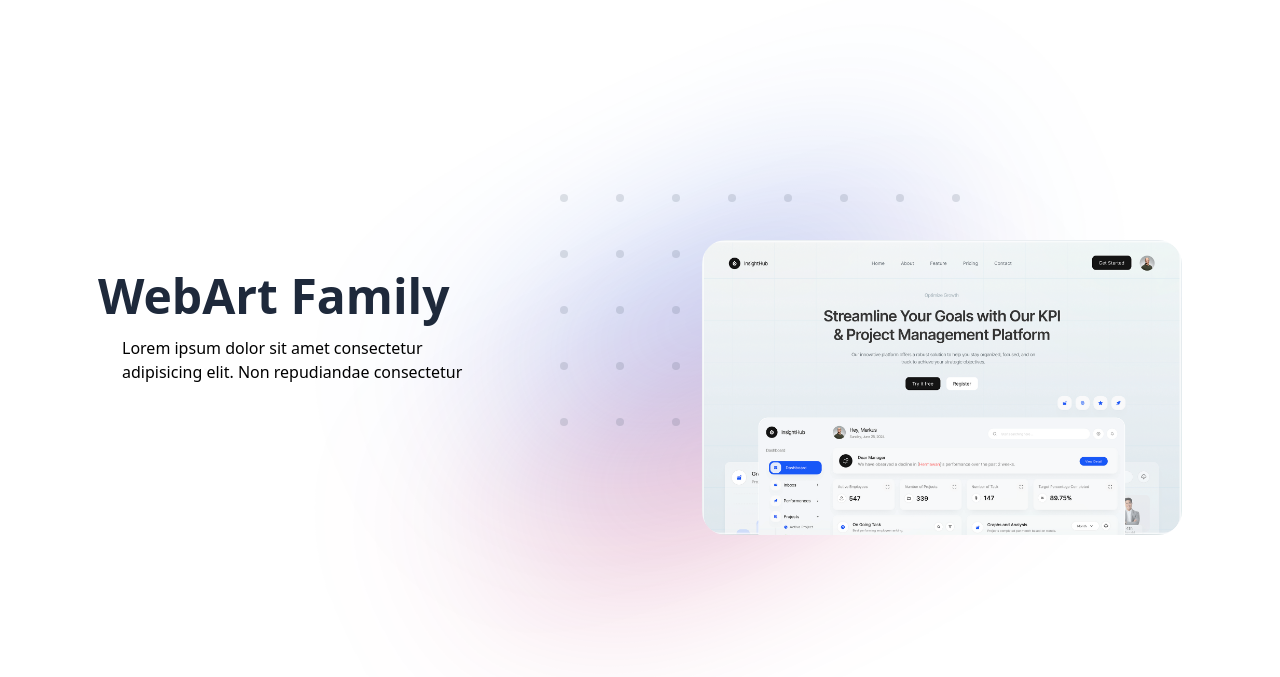
Repository: 30namp/youtube-web-art-code
Page: stunning landing page 1/index.html
An editor plug-in stored every save of this project. The page is shown before and after the next save, followed by the edit.
The browser window is 1280 px wide. The pictures show the whole page.

Above is the page before, as saved 2024-09-26 21:00:50.

### stunning landing page 1/index.html
<!DOCTYPE html>
<html lang="en">
  <head>
    <meta charset="UTF-8" />
    <meta name="viewport" content="width=device-width, initial-scale=1.0" />
    <title>WebArt Design</title>
    <script src="./tailwindcss.min.js"></script>
  </head>
  <body class="min-h-screen">
    <div
      class="absolute right-[25%] top-[60%] h-12 w-[30rem] rounded-[100%] rotate-[-25deg] bg-pink-700 blur-[6rem]"
    ></div>
    <div
      class="absolute right-[25%] top-[40%] h-12 w-[30rem] rounded-[100%] rotate-[-25deg] bg-blue-700 blur-[6rem]"
    ></div>
    <div
      class="grid grid-cols-8 gap-12 absolute right-[25%] top-[27%] animate-pulse"
    >
      <div class="rounded-full bg-slate-700/30 size-2 shadow-lg"></div>
      <div class="rounded-full bg-slate-700/30 size-2 shadow-lg"></div>
      <div class="rounded-full bg-slate-700/30 size-2 shadow-lg"></div>
      <div class="rounded-full bg-slate-700/30 size-2 shadow-lg"></div>
      <div class="rounded-full bg-slate-700/30 size-2 shadow-lg"></div>
      <div class="rounded-full bg-slate-700/30 size-2 shadow-lg"></div>
      <div class="rounded-full bg-slate-700/30 size-2 shadow-lg"></div>
      <div class="rounded-full bg-slate-700/30 size-2 shadow-lg"></div>
      <div class="rounded-full bg-slate-700/30 size-2 shadow-lg"></div>
      <div class="rounded-full bg-slate-700/30 size-2 shadow-lg"></div>
      <div class="rounded-full bg-slate-700/30 size-2 shadow-lg"></div>
      <div class="rounded-full bg-slate-700/30 size-2 shadow-lg"></div>
      <div class="rounded-full bg-slate-700/30 size-2 shadow-lg"></div>
      <div class="rounded-full bg-slate-700/30 size-2 shadow-lg"></div>
      <div class="rounded-full bg-slate-700/30 size-2 shadow-lg"></div>
      <div class="rounded-full bg-slate-700/30 size-2 shadow-lg"></div>
      <div class="rounded-full bg-slate-700/30 size-2 shadow-lg"></div>
      <div class="rounded-full bg-slate-700/30 size-2 shadow-lg"></div>
      <div class="rounded-full bg-slate-700/30 size-2 shadow-lg"></div>
      <div class="rounded-full bg-slate-700/30 size-2 shadow-lg"></div>
      <div class="rounded-full bg-slate-700/30 size-2 shadow-lg"></div>
      <div class="rounded-full bg-slate-700/30 size-2 shadow-lg"></div>
      <div class="rounded-full bg-slate-700/30 size-2 shadow-lg"></div>
      <div class="rounded-full bg-slate-700/30 size-2 shadow-lg"></div>
      <div class="rounded-full bg-slate-700/30 size-2 shadow-lg"></div>
      <div class="rounded-full bg-slate-700/30 size-2 shadow-lg"></div>
      <div class="rounded-full bg-slate-700/30 size-2 shadow-lg"></div>
      <div class="rounded-full bg-slate-700/30 size-2 shadow-lg"></div>
      <div class="rounded-full bg-slate-700/30 size-2 shadow-lg"></div>
      <div class="rounded-full bg-slate-700/30 size-2 shadow-lg"></div>
      <div class="rounded-full bg-slate-700/30 size-2 shadow-lg"></div>
      <div class="rounded-full bg-slate-700/30 size-2 shadow-lg"></div>
      <div class="rounded-full bg-slate-700/30 size-2 shadow-lg"></div>
      <div class="rounded-full bg-slate-700/30 size-2 shadow-lg"></div>
      <div class="rounded-full bg-slate-700/30 size-2 shadow-lg"></div>
      <div class="rounded-full bg-slate-700/30 size-2 shadow-lg"></div>
      <div class="rounded-full bg-slate-700/30 size-2 shadow-lg"></div>
      <div class="rounded-full bg-slate-700/30 size-2 shadow-lg"></div>
      <div class="rounded-full bg-slate-700/30 size-2 shadow-lg"></div>
      <div class="rounded-full bg-slate-700/30 size-2 shadow-lg"></div>
    </div>

    <div class="hero-section relative pt-60 flex justify-around items-start">
      <div class="content flex flex-col gap-4 pt-8">
        <h1 class="text-5xl font-bold text-slate-800">WebArt Family</h1>
        <div class="description ml-6 w-96">
          Lorem ipsum dolor sit amet consectetur adipisicing elit. Non
          repudiandae consectetur
        </div>
      </div>
      <img class="w-[30rem] rounded-3xl" src="./img.png" alt="" />
    </div>
  </body>
</html>

Loaded but not shown: stunning landing page 1/tailwindcss.min.js (library)

After the next save:
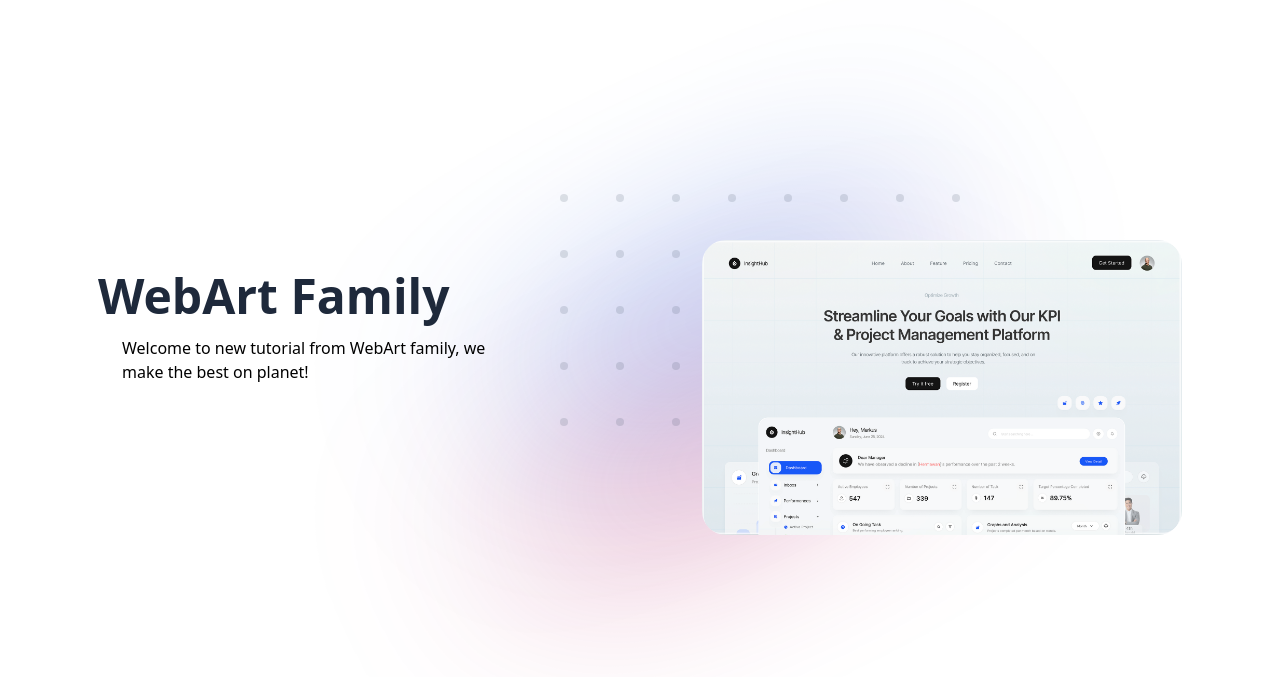
Saved 36 s later.
--- a/stunning landing page 1/index.html
+++ b/stunning landing page 1/index.html
@@ -62,8 +62,8 @@
       <div class="content flex flex-col gap-4 pt-8">
         <h1 class="text-5xl font-bold text-slate-800">WebArt Family</h1>
         <div class="description ml-6 w-96">
-          Lorem ipsum dolor sit amet consectetur adipisicing elit. Non
-          repudiandae consectetur
+          Welcome to new tutorial from WebArt family, we make the best on
+          planet!
         </div>
       </div>
       <img class="w-[30rem] rounded-3xl" src="./img.png" alt="" />
